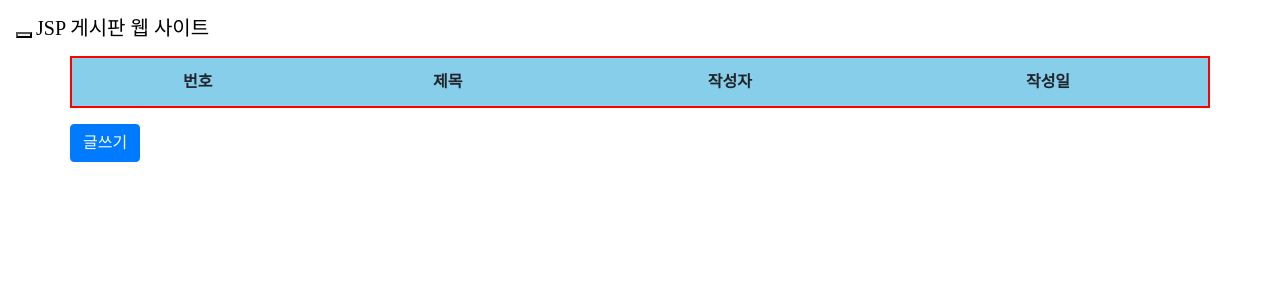
Repository: hz6450/2024-summer-jsp-notice-project
Page: http://localhost/BBS/BBS.jsp
The author's editor kept a copy of each file at every save. The page is drawn from the files as they stood at one save, then again after the next save.
The browser window is 1280 px wide. The pictures show the whole page.
Some web fonts or font styles are not loaded; a fallback is used. Some web libraries are served in a nearby version. The page is served by Tomcat 10. Queries for data that is not in the repository find no rows.

Above is the page before, as saved 2024-07-12 07:53:49.

After the next save:
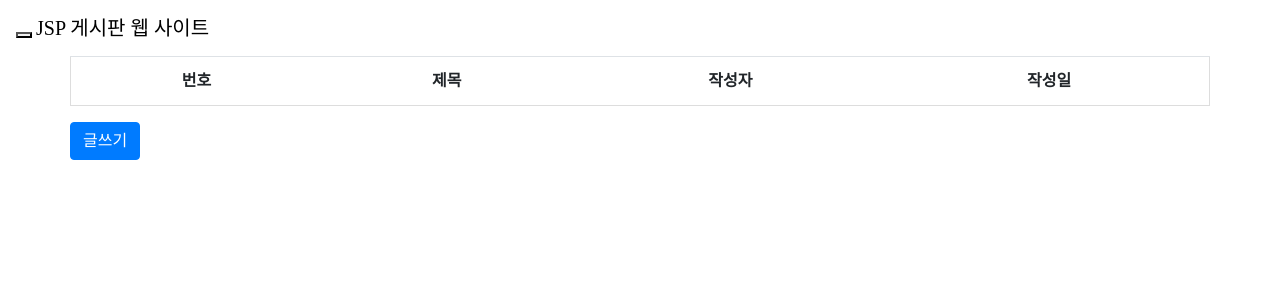
Saved 33 s later.
--- a/projects/BBS/src/main/webapp/css/custom.css
+++ b/projects/BBS/src/main/webapp/css/custom.css
@@ -6,7 +6,3 @@
 h1 {
 	font-family : "Hanna";
 }
-thead{
-	background-color: skyblue;
-	border: red 2px solid;
-}
